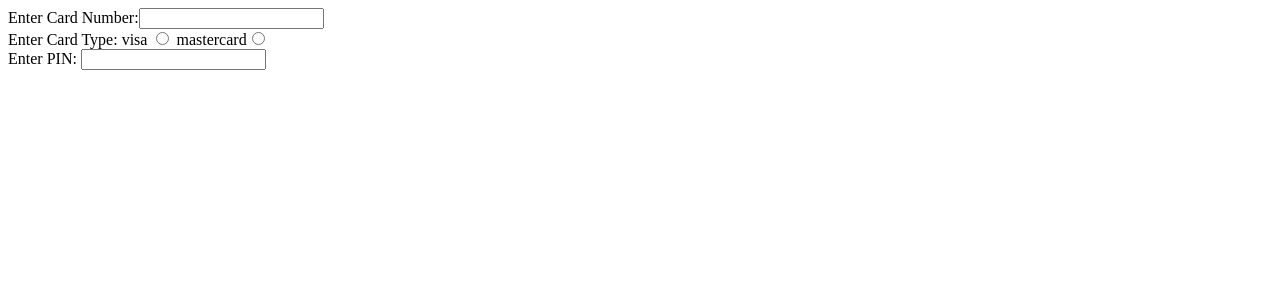
Repository: kiiigaaa/User_Profile
Page: http://localhost/GroceryOrdering/insertPay.jsp
An editor plug-in stored every save of this project. The page is shown before and after the next save, followed by the edit.
The browser window is 1280 px wide. The pictures show the whole page.
The page is served by Tomcat 9.

Above is the page before, as saved 2022-11-10 10:48:35.

After the next save:
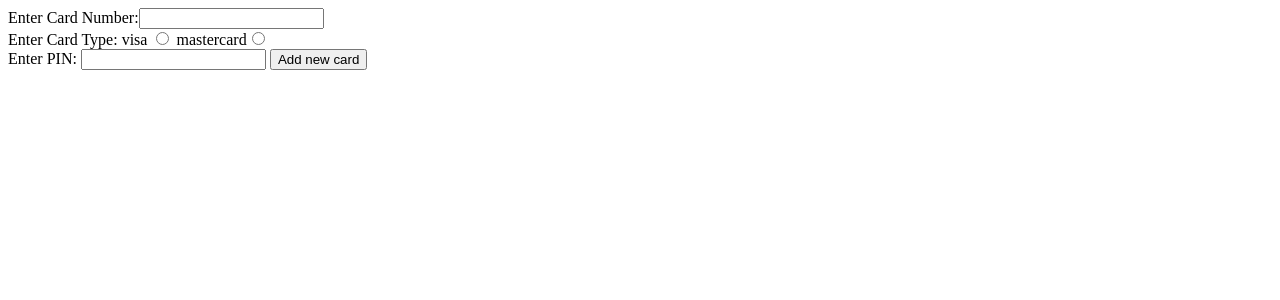
Saved 3 min 41 s later.
--- a/GroceryOrdering/src/main/webapp/insertPay.jsp
+++ b/GroceryOrdering/src/main/webapp/insertPay.jsp
@@ -15,6 +15,8 @@
 						 <label>mastercard</label><input type="radio" id="mastercard" name="ctype" value="mastercard"><br>
 		Enter PIN: <input type="text" name="pin">
 
+		<input type="submit" name="submit" value="Add new card">
+
 
 	</form>
 
